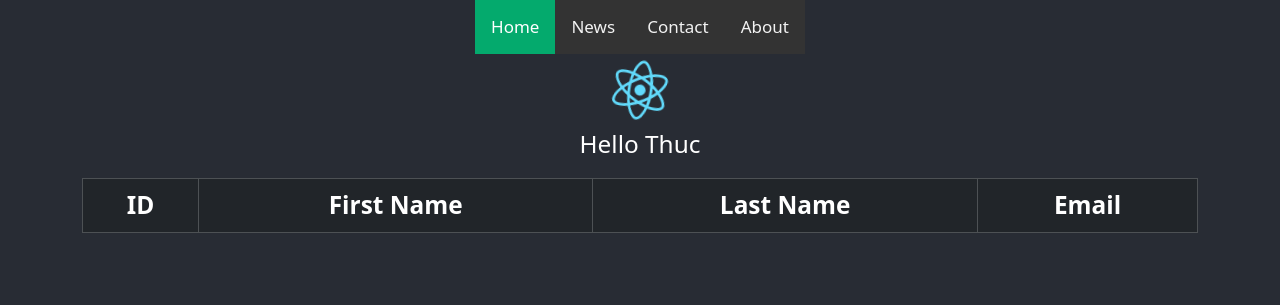
Repository: ThucSkin/React-hook-basic
Page: /
An editor plug-in stored every save of this project. The page is shown before and after the next save, followed by the edit.
The browser window is 1280 px wide. The pictures show the whole page.
The page's requests for data from a server got no answer. The project was rebuilt for these pictures with package versions that can differ from the ones it lists, and the page was loaded fresh each time. No one was signed in, and anything a server would have sent is missing. Also part of the build but not shown: src/views/Todo.js.

Above is the page before, as saved 2023-06-11 03:44:40.

### src/App.js
import logo from './logo.svg';
import './App.css';
import Nav from './views/Nav';
import { useState, useEffect } from 'react';
import Todo from './views/Todo';
import TableApi from './views/TableApi/TableApi';
import { Container } from 'react-bootstrap';


const App = () => {
  //state hook
  let [name, setName] = useState('Thuc');
  const [age, setAge] = useState('');
  const [todos, setTodos] = useState([
    { id: '1', name: 'Lan' },
    { id: '2', name: 'CC' },
    { id: '2', name: 'game' }
  ])
  // didmount
  useEffect(() => {

  }, [age])

  const handleClickMe = () => {
    if (!age) {
      alert('Please enter a valid age');
      return
    }
    let newTodo = { id: Math.floor(Math.random() * 100) + 1, name: age };
    setTodos([...todos, newTodo])
    setAge('');
  }
  const handleAge = (e) => {
    setAge(e.target.value);
  }
  const deleteDataTodo = (id) => {
    let curentTodo = todos;
    curentTodo = curentTodo.filter(item => item.id !== id);
    setTodos(curentTodo);
  }
  //re-render
  return (
    <div className="App">
      <header className="App-header">
        <Nav />
        <img src={logo} className="App-logo" alt="logo" />
        <p>
          Hello {name}
        </p>
        <Container>
          <TableApi />
        </Container>
        {/* <Todo
          //props:value
          todos={todos}
          deleteDataTodo={deleteDataTodo}
        />
        <input type='text' value={age} onChange={(e) => handleAge(e)} />
        <button onClick={() => handleClickMe()} type='button'>Click me!</button> */}

      </header>
    </div>
  );
}

export default App;

### src/App.css
.App {
  text-align: center;
}

.App-logo {
  height: 10vmin;
  pointer-events: none;
}

@media (prefers-reduced-motion: no-preference) {
  .App-logo {
    animation: App-logo-spin infinite 20s linear;
  }
}

.App-header {
  background-color: #282c34;
  min-height: 100vh;
  display: flex;
  flex-direction: column;
  align-items: center;
  /* justify-content: center; */
  font-size: calc(10px + 2vmin);
  color: white;
}

.App-link {
  color: #61dafb;
}

@keyframes App-logo-spin {
  from {
    transform: rotate(0deg);
  }
  to {
    transform: rotate(360deg);
  }
}

### src/views/Nav.js
import './Nav.scss'

const Nav = () => {
    return (
        <div className="topnav">
            <a className="active" href="#home">Home</a>
            <a href="#news">News</a>
            <a href="#contact">Contact</a>
            <a href="#about">About</a>
        </div>
    )
}

export default Nav;

### src/views/TableApi/TableApi.js
import Table from 'react-bootstrap/Table';
import 'bootstrap/dist/css/bootstrap.min.css';
import { useEffect, useState } from 'react';
import axios from 'axios';

function TableApi() {
    const [dataUsers, setDataUsers] = useState([])
    //didmount
    useEffect(() => {
        // khai báo hàm lấy data
        const fetchData = async () => {
            let res = await axios('https://reqres.in/api/users?page=1');
            let data = res.data && res ? res.data : [];
            setDataUsers(data);
        }
        // gọi hàm
        fetchData().catch(console.error);
    }, [])

    return (
        <Table striped bordered hover variant="dark">
            <thead>
                <tr>
                    <th>ID</th>
                    <th>First Name</th>
                    <th>Last Name</th>
                    <th>Email</th>
                </tr>
            </thead>
            <tbody>
                {dataUsers && dataUsers.length > 0 &&
                    dataUsers.map(item => {
                        return (
                            <tr key={item.id}>
                                <td>{item.id}</td>
                                <td>{item.first_name}</td>
                            </tr>
                        )
                    })
                }


            </tbody>
        </Table>
    );
}

export default TableApi;

### src/views/Nav.scss
body {
    margin: 0;
    font-family: Arial, Helvetica, sans-serif;

    .topnav {
        overflow: hidden;
        background-color: #333;

        a {
            float: left;
            color: #f2f2f2;
            text-align: center;
            padding: 14px 16px;
            text-decoration: none;
            font-size: 17px;
        }

        a:hover {
            background-color: #ddd;
            color: black;
        }

        a.active {
            background-color: #04AA6D;
            color: white;
        }
    }
}

Loaded but not shown: public/index.html (common file); src/index.js (common file); src/index.css (common file); src/reportWebVitals.js (common file)

After the next save:
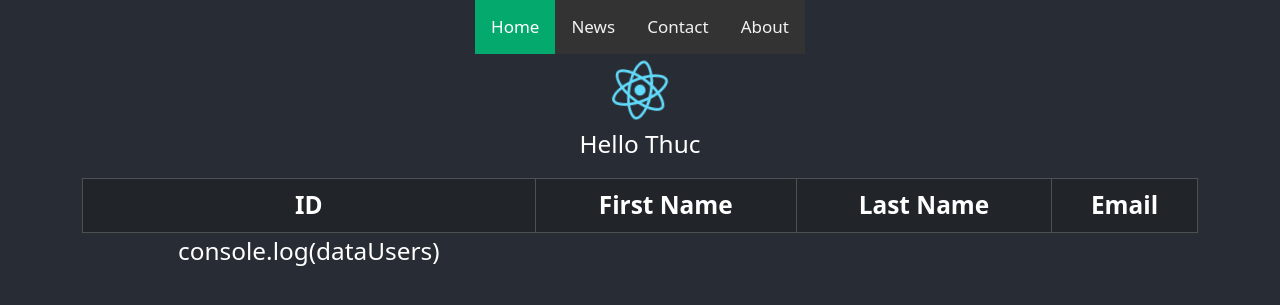
Saved 20 s later.
--- a/src/views/TableApi/TableApi.js
+++ b/src/views/TableApi/TableApi.js
@@ -19,6 +19,7 @@
 
     return (
         <Table striped bordered hover variant="dark">
+            console.log(dataUsers)
             <thead>
                 <tr>
                     <th>ID</th>

After the save that followed:
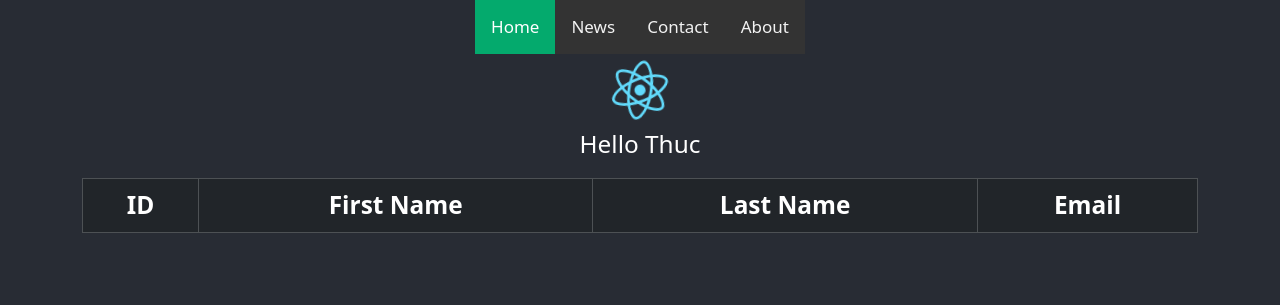
Saved 8 s later.
--- a/src/views/TableApi/TableApi.js
+++ b/src/views/TableApi/TableApi.js
@@ -19,7 +19,7 @@
 
     return (
         <Table striped bordered hover variant="dark">
-            console.log(dataUsers)
+            {console.log(dataUsers)}
             <thead>
                 <tr>
                     <th>ID</th>
